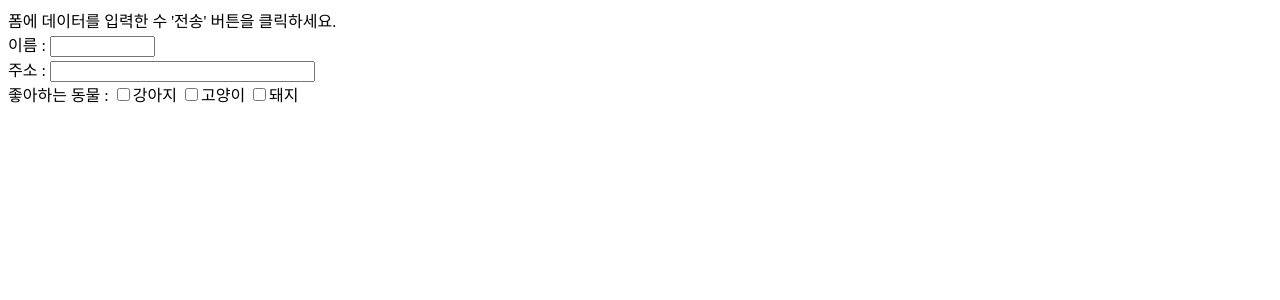
Repository: jjanggu1990/kh_java
Page: http://localhost/JSP_EX/day0318/makeForm.jsp
These files come from the project's save history. The page is drawn as it stood at one moment and after the next save; the edit follows.
The browser window is 1280 px wide. The pictures show the whole page.
The page is served by Tomcat 9. Other server files are loaded and not shown.

Above is the page before, as saved 2016-03-18 10:31:14.

### workspace/JSP_EX/WebContent/day0318/makeForm.jsp
<%@ page contentType="text/html; charset=utf-8"%>
<!DOCTYPE html>
<html>
<head>

<title>폼 생성</title>
</head>
<body>
폼에 데이터를 입력한 수 '전송' 버튼을 클릭하세요.
<form action="viewParameter.jsp" method="post">
이름 : <input type="text" name="name" size="10"><br>
주소 : <input type="text" name="address" size="30"><br>
좋아하는 동물 :
	<input type="checkbox" name="pet" value="dog">강아지
	<input type="checkbox" name="pte" value="cat">고양이
	<input type="checkbox" name="pte" value="pig">돼지

</form>
</body>
</html>

After the next save:
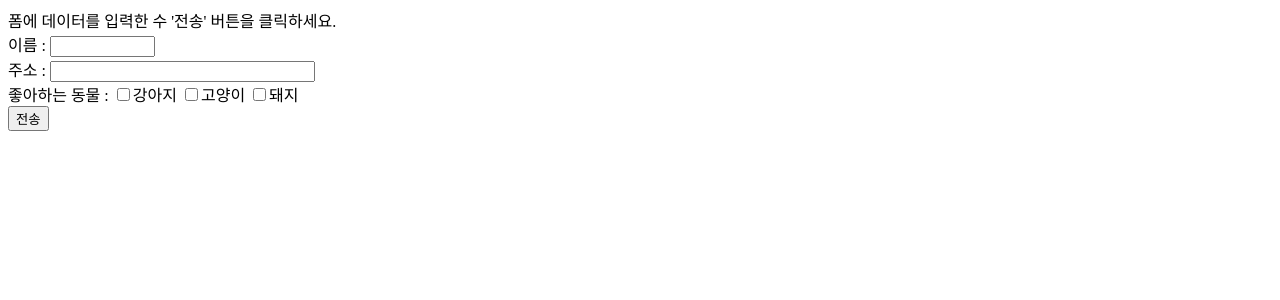
Saved 19 s later.
--- a/workspace/JSP_EX/WebContent/day0318/makeForm.jsp
+++ b/workspace/JSP_EX/WebContent/day0318/makeForm.jsp
@@ -14,7 +14,8 @@
 	<input type="checkbox" name="pet" value="dog">강아지
 	<input type="checkbox" name="pte" value="cat">고양이
 	<input type="checkbox" name="pte" value="pig">돼지
-
+<br>
+<input type = "submit" value="전송">
 </form>
 </body>
 </html>
